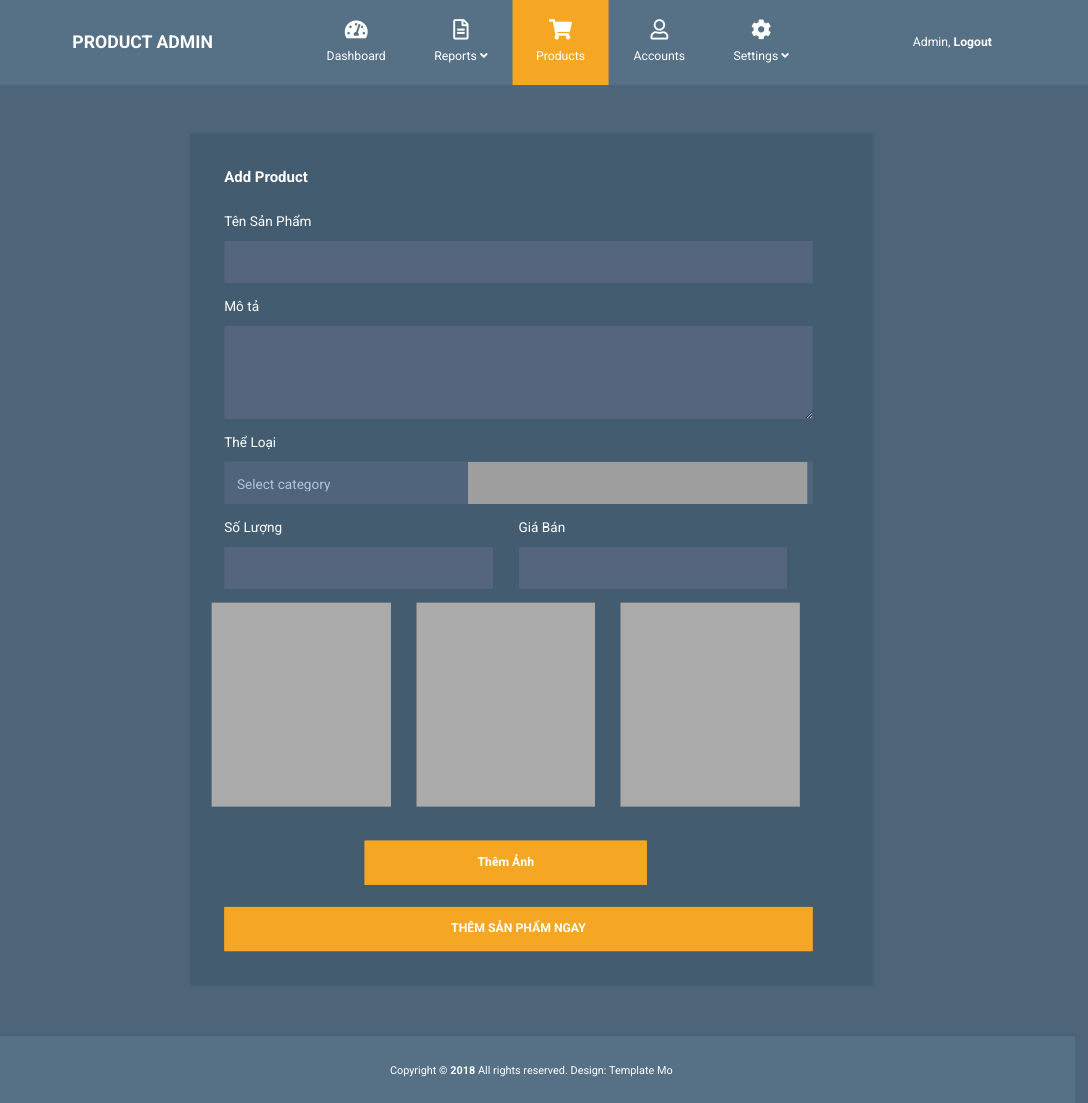
Repository: TruongNguyen0512/Bookhabor-ecommere-web
Page: http://localhost/bookHabor/add-product.jsp
These files come from the project's save history. The page is drawn as it stood at one moment and after the next save; the edit follows.
The browser window is 1280 px wide. The pictures show the whole page, at 85% of full size.
Pictures or frames that could not be fetched are drawn as grey boxes. The page is served by Tomcat 9. Other server files are loaded and not shown.

Above is the page before, as saved 2023-12-09 19:59:22.

### bookHabor/src/main/webapp/add-product.jsp
<%@ page language="java" contentType="text/html; charset=UTF-8"
	pageEncoding="UTF-8"%>
<!DOCTYPE html>
<html lang="en">
<head>
<meta charset="UTF-8" />
<meta name="viewport" content="width=device-width, initial-scale=1.0" />
<meta http-equiv="X-UA-Compatible" content="ie=edge" />
<title>Add Product - Dashboard HTML Template</title>
<link rel="stylesheet"
	href="https://fonts.googleapis.com/css?family=Roboto:400,700" />
<!-- https://fonts.google.com/specimen/Roboto -->
<link rel="stylesheet" href="css/fontawesome.min.css" />
<!-- https://fontawesome.com/ -->
<link rel="stylesheet" href="jquery-ui-datepicker/jquery-ui.min.css"
	type="text/css" />
<!-- http://api.jqueryui.com/datepicker/ -->
<link rel="stylesheet" href="css/bootstrap.min.css" />
<!-- https://getbootstrap.com/ -->
<link rel="stylesheet" href="css/templatemo-style.css">

<!--
	Product Admin CSS Template
	https://templatemo.com/tm-524-product-admin
	-->
	<style>

	   .row {
    width: 100%;
    display: -ms-flexbox;
    display: flex;
    -ms-flex-wrap: wrap;
    flex-wrap: wrap;
    margin-right: -15px;
    margin-left: -15px;
  }
       .tm-block-title {
    font-size: 1.1rem;
    font-weight: 700;
    color: #fff;

   }
	</style>
</head>

<body>
     <%
		String baoLoi = request.getAttribute("baoLoi")+"";
		baoLoi = (baoLoi.equals("null"))?"":baoLoi;

	%>
	<nav class="navbar navbar-expand-xl">
		<div class="container h-100">
			<a class="navbar-brand" href="index.html">
				<h1 class="tm-site-title mb-0">Product Admin</h1>
			</a>
			<button class="navbar-toggler ml-auto mr-0" type="button"
				data-toggle="collapse" data-target="#navbarSupportedContent"
				aria-controls="navbarSupportedContent" aria-expanded="false"
				aria-label="Toggle navigation">
				<i class="fas fa-bars tm-nav-icon"></i>
			</button>

			<div class="collapse navbar-collapse" id="navbarSupportedContent">
				<ul class="navbar-nav mx-auto h-100">
					<li class="nav-item"><a class="nav-link" href="index.html">
							<i class="fas fa-tachometer-alt"></i> Dashboard <span
							class="sr-only">(current)</span>
					</a></li>
					<li class="nav-item dropdown"><a
						class="nav-link dropdown-toggle" href="#" id="navbarDropdown"
						role="button" data-toggle="dropdown" aria-haspopup="true"
						aria-expanded="false"> <i class="far fa-file-alt"></i> <span>
								Reports <i class="fas fa-angle-down"></i>
						</span>
					</a>
						<div class="dropdown-menu" aria-labelledby="navbarDropdown">
							<a class="dropdown-item" href="#">Daily Report</a> <a
								class="dropdown-item" href="#">Weekly Report</a> <a
								class="dropdown-item" href="#">Yearly Report</a>
						</div></li>
					<li class="nav-item"><a class="nav-link active"
						href="products.html"> <i class="fas fa-shopping-cart"></i>
							Products
					</a></li>

					<li class="nav-item"><a class="nav-link" href="accounts.html">
							<i class="far fa-user"></i> Accounts
					</a></li>
					<li class="nav-item dropdown"><a
						class="nav-link dropdown-toggle" href="#" id="navbarDropdown"
						role="button" data-toggle="dropdown" aria-haspopup="true"
						aria-expanded="false"> <i class="fas fa-cog"></i> <span>
								Settings <i class="fas fa-angle-down"></i>
						</span>
					</a>
						<div class="dropdown-menu" aria-labelledby="navbarDropdown">
							<a class="dropdown-item" href="#">Profile</a> <a
								class="dropdown-item" href="#">Billing</a> <a
								class="dropdown-item" href="#">Customize</a>
						</div></li>
				</ul>
				<ul class="navbar-nav">
					<li class="nav-item"><a class="nav-link d-block"
						href="login.html"> Admin, <b>Logout</b>
					</a></li>
				</ul>
			</div>
		</div>
	</nav>
	<div class="container tm-mt-big tm-mb-big">
		<div class="row">
			<div class="col-xl-9 col-lg-10 col-md-12 col-sm-12 mx-auto">
				<div class="tm-bg-primary-dark tm-block tm-block-h-auto">
					<div class="row">
						<div class="col-12">
							<h2 class="tm-block-title d-inline-block">Add Product</h2>
							<div class="red" id="baoLoi">
			                       <%=baoLoi %>
		                    </div>
						</div>
					</div>
					<div class="row tm-edit-product-row">
						<div class="col-md-12">
							<form action="San-Pham" class="tm-edit-product-form" method="post" enctype="multipart/form-data">
								<input type="hidden" name="act" value="them-san-pham"/>
								<div class="form-group mb-3">
									<label for="name">Tên Sản Phẩm </label> <input id="tenSanPham"
										name="tenSanPham" type="text" class="form-control validate"
										required />
								</div>
								<div class="form-group mb-3">
									<label for="description">Mô tả</label>
									<textarea class="form-control validate" rows="3" name="moTa"
										required></textarea>
								</div>
								<div class="form-group mb-3">
									<label for="category">Thể Loại</label> <select
										class="custom-select tm-select-accounts" id="category"
										name="category">
										<option selected>Select category</option>
										<option value="khoaHoc">Khoa Học</option>
										<option value="vanHoc">Văn Học</option>
										<option value="doiSong">Đời Sống</option>
									</select>
								</div>
								<div class="row">
									<div class="form-group mb-3 col-xs-12 col-sm-6">
										<label for="expire_date">Số Lượng</label> <input id=""
											name="soLuong" type="text" class="form-control validate"
											data-large-mode="true" />
									</div>
									<div class="form-group mb-3 col-xs-12 col-sm-6">
										<label for="stock">Giá Bán</label> <input id="stock"
											name="giaBan" type="text" class="form-control validate"
											required />
									</div>
								</div>
						</div>
						<div class="row">
							<div class="col-xl-4 col-lg-4 col-md-4 mx-auto mb-4">
								<div class="tm-product-img-dummy mx-auto">
									<img id="uploadedImage1" src="" alt="Uploaded Image 1"
										style="display: none; max-width: 100%; height: auto;">
								</div>
								<input id="fileInput1" name="fileInput1" type="file"
									style="display: none;" onchange="previewImage(event, 1)">
							</div>
							<div class="col-xl-4 col-lg-4 col-md-4 mx-auto mb-4">
								<div class="tm-product-img-dummy mx-auto">
									<img id="uploadedImage2" src="" alt="Uploaded Image 2"
										style="display: none; max-width: 100%; height: auto;">
								</div>
								<input id="fileInput2" name="fileInput2" type="file"
									style="display: none;" onchange="previewImage(event, 2)">
							</div>
							<div class="col-xl-4 col-lg-4 col-md-4 mx-auto mb-4">
								<div class="tm-product-img-dummy mx-auto">
									<img id="uploadedImage3" src="" alt="Uploaded Image 3"
										style="display: none; max-width: 100%; height: auto;">
								</div>
								<input id="fileInput3" name="fileInput3" type="file"
									style="display: none;" onchange="previewImage(event, 3)">
							</div>
						</div>
						<div class="row">
							<div class="col-xl-6 col-lg-6 col-md-12 mx-auto mb-4">
								<div class="custom-file mt-3 mb-3">
									<input type="button" class="btn btn-primary btn-block mx-auto"
										value="Thêm Ảnh" onclick="openFileInput()">
								</div>
							</div>
						</div>
						<div class="col-12">
							<button type="submit"
								class="btn btn-primary btn-block text-uppercase"
								value="themSanPham">Thêm Sản Phẩm Ngay</button>
						</div>
						</form>
					</div>
				</div>
			</div>
		</div>
	</div>
	<footer class="tm-footer row tm-mt-small">
		<div class="col-12 font-weight-light">
			<p class="text-center text-white mb-0 px-4 small">
				Copyright &copy; <b>2018</b> All rights reserved. Design: <a
					rel="nofollow noopener" href="https://templatemo.com"
					class="tm-footer-link">Template Mo</a>
			</p>
		</div>
	</footer>

	<script src="js/jquery-3.3.1.min.js"></script>
	<!-- https://jquery.com/download/ -->
	<script src="jquery-ui-datepicker/jquery-ui.min.js"></script>
	<!-- https://jqueryui.com/download/ -->
	<script src="js/bootstrap.min.js"></script>
	<!-- https://getbootstrap.com/ -->
	<script>
		$(function() {
			$("#expire_date").datepicker();
		});
	</script>

	<script>
		let currentImageNumber = 1;

		function openFileInput() {
			if (currentImageNumber <= 3) {
				document.getElementById('fileInput' + currentImageNumber)
						.click();
				currentImageNumber++;
			}
		}

		function previewImage(event, imageNumber) {
			const input = event.target;
			if (input.files && input.files[0]) {
				const reader = new FileReader();

				reader.onload = function(e) {
					const imageId = 'uploadedImage' + imageNumber;
					const image = document.getElementById(imageId);
					image.src = e.target.result;
					image.style.display = 'block';
				};

				reader.readAsDataURL(input.files[0]);
			}
		}
	</script>
</body>
</html>

### bookHabor/src/main/webapp/css/templatemo-style.css
@charset "ISO-8859-1";
/*

Product Admin CSS Template

https://templatemo.com/tm-524-product-admin

*/

html {
  font-size: 16px;
  overflow-x: hidden;
}
body {
  font-family: Roboto, Helvetica, Arial, sans-serif;
  background-color: #4e657a;
  overflow-x: hidden;
}
a {
  transition: all 0.3s ease;
}
a:focus,
a:hover {
  text-decoration: none;
}
button:focus {
  outline: 0;
}
.navbar-brand {
  display: flex;
  align-items: center;
}
.tm-site-icon {
  color: #656565;
}
.tm-site-title {
  display: inline-block;
  text-transform: uppercase;
  font-size: 1.3rem;
  font-weight: 700;
  color: #fff;
}
.navbar {
  height: 100px;
  background-color: #567086;
  padding: 0;
}
.navbar .container {
  position: relative;
}
.tm-logout-icon {
  font-size: 1.5em;
}
.tm-mt-big {
  margin-top: 57px;
}
.tm-mb-big {
  margin-bottom: 60px;
}
.tm-mt-small {
  margin-top: 20px;
}
.tm-block-col {
  margin-bottom: 30px;
}
.tm-block {
  padding: 40px;
  -webkit-box-shadow: 1px 1px 5px 0 #455c71;
  -moz-box-shadow: 1px 1px 5px 0 #455c71;
  box-shadow: 1px 1px 5px 0 #455c71;
  min-height: 350px;
  height: 100%;
  max-height: 450px;
}
.tm-block-avatar,
.tm-block-settings {
  max-height: none;
}
.tm-block-avatar {
  height: auto;
}
.tm-block-h-auto {
  min-height: 1px;
  max-height: none;
  height: auto;
}
.tm-block-scroll {
  overflow-y: scroll;
}
.tm-block-overflow {
  overflow: hidden;
}
.tm-block-title {
  font-size: 1.1rem;
  font-weight: 700;
  color: #fff;
  margin-bottom: 30px;
}
.nav-link {
  color: #fff;
  height: 100%;
  display: flex;
  align-items: center;
  justify-content: center;
  flex-direction: column;
  font-size: 90%;
}
.nav-link > i {
  margin-bottom: 10px;
  margin-right: 0;
  font-size: 1.5rem;
}
.dropdown-item,
.nav-link {
  padding: 15px 20px;
}
.dropdown-menu {
  font-size: 90%;
  color: #fff;
  background-color: #567086;
  border-radius: 0;
  padding-top: 10px;
  padding-bottom: 10px;
  min-width: auto;
}
.dropdown-item {
  color: #fff;
  padding: 15px 30px;
}
.navbar-nav .active > .nav-link,
.navbar-nav .nav-link.active {
  background-color: #f5a623;
  color: #fff;
}
.navbar-nav .nav-link.active i {
  color: #fff;
}
.dropdown-item:focus,
.dropdown-item:hover {
  background-color: #567086;
}
.navbar-nav a:hover,
.navbar-nav a:hover i {
  color: #f5a623;
}
.nav-item {
  text-align: center;
}
.nav-item:last-child {
  margin-right: 0;
}
.dropdown-toggle::after {
  display: none;
}
.dropdown-menu {
  margin-top: 0;
  border: 0;
}
.tm-content-row {
  justify-content: space-between;
  margin-left: -20px;
  margin-right: -20px;
}
.tm-col {
  padding-left: 20px;
  padding-right: 20px;
  margin-bottom: 50px;
}
.tm-col-big {
  width: 39%;
}
.tm-col-small {
  width: 21.95%;
}
.tm-gray-circle {
  width: 80px;
  height: 80px;
  background-color: #aaa;
  border-radius: 50%;
  margin-right: 15px;
}
.tm-notification-items {
  overflow-y: scroll;
  height: 90%;
}
.tm-notification-item {
  padding: 15px;
  background-color: #4e657a;
  color: #fff;
  font-size: 95%;
  margin-bottom: 15px;
}
.tm-notification-item:last-child {
  margin-bottom: 0;
}
.tm-notification-link {
  color: #f5a623;
}
.tm-text-color-secondary {
  color: #bdcbd8;
}
.tm-small {
  font-size: 90%;
}
.table {
  background-color: #50697f;
  color: #fff;
  font-size: 85%;
  margin-bottom: 0;
}
thead {
  background-color: #486177;
  color: #fff;
}
.table thead th {
  border-bottom: 0;
}
.tm-status-circle {
  display: inline-block;
  margin-right: 5px;
  vertical-align: middle;
  width: 5px;
  height: 5px;
  border-radius: 50%;
  margin-top: -3px;
}
.moving {
  background-color: #9be64d;
  box-shadow: 0 0 8px #9be64d, inset 0 0 8px #9be64d;
}
.pending {
  background-color: #efc54b;
  box-shadow: 0 0 8px #efc54b, inset 0 0 8px #efc54b;
}
.cancelled {
  background-color: #da534f;
  box-shadow: 0 0 8px #da534f, inset 0 0 8px #da534f;
}
.tm-avatar {
  width: 345px;
}
.tm-avatar-container {
  position: relative;
  cursor: pointer;
  display: flex;
  align-items: center;
  flex-direction: column;
}
.tm-avatar-delete-link {
  position: absolute;
  left: 50%;
  top: 50%;
  margin-left: -25px;
  margin-top: -25px;
  z-index: 1000;
  padding: 14px;
  border-radius: 50%;
  background-color: rgba(57, 78, 100, 0.7);
  display: inline-block;
  width: 50px;
  height: 50px;
  text-align: center;
  display: none;
  transition: all 0.2s ease;
}
.tm-avatar-container:hover .tm-avatar-delete-link {
  display: block;
}
.tm-col-avatar {
  max-width: 425px;
  width: 37%;
  padding-left: 15px;
  padding-right: 15px;
}
.tm-col-account-settings {
  max-width: 822px;
  width: 63%;
  padding-left: 15px;
  padding-right: 15px;
}
.form-control {
  background-color: #54657d;
  color: #fff;
  border: 0;
}
.form-control:focus {
  background-color: #60738e;
  color: #fff;
  border-color: transparent;
  box-shadow: 0 0 0 0.1rem rgb(180, 206, 233, 0.5);
}
.form-group label {
  color: #fff;
  margin-bottom: 10px;
}
.tm-hide-sm {
  display: block;
}
.tm-list-group {
  counter-reset: myOrderedListItemsCounter;
  padding-left: 0;
}
.tm-list-group > li {
  list-style-type: none;
  position: relative;
  cursor: pointer;
  transition: all 0.3s ease;
  padding: 8px;
}
.tm-list-group > li:hover {
  color: #0266c4;
}
.tm-list-group > li:before {
  counter-increment: myOrderedListItemsCounter;
  content: counter(myOrderedListItemsCounter) ".";
  margin-right: 0.5em;
}
.tm-list {
  padding-left: 30px;
}
.tm-list > li {
  margin-bottom: 20px;
}
.form-control {
  padding: 19px 18px;
  border-radius: 0;
  height: 50px;
}
.form-group {
  margin-bottom: 15px;
}
.btn {
  border-radius: 0;
  padding: 13px 28px;
  transition: all 0.2s ease;
  max-width: 100%;
}
.btn-small {
  padding: 10px 24px;
}
.btn-primary {
  color: #fff;
  background-color: #f5a623;
  border: 2px solid #f5a623;
  font-size: 90%;
  font-weight: 600;
}
.btn-primary:active,
.btn-primary:hover {
  color: #f5a623;
  background-color: transparent;
  border: 2px solid #f5a623;
}
.custom-file-input {
  cursor: pointer;
}
.custom-file-label {
  border-radius: 0;
}
.table td,
.table th {
  border-top: 1px solid #415a70;
  padding: 15px 25px;
  vertical-align: middle;
}
.tm-table-small td,
.tm-table-small th {
  padding-left: 12px;
  padding-right: 12px;
}
.table-hover tbody tr {
  transition: all 0.2s ease;
}
.table-hover tbody tr:hover {
  color: #a0c0de;
}
.tm-bg-primary-dark {
  background-color: #435c70;
}
.tm-bg-gray {
  background-color: rgba(0, 0, 0, 0.05);
}
.tm-table-mt {
  margin-top: 66px;
}
.page-item:first-child .page-link {
  border-top-left-radius: 0;
  border-bottom-left-radius: 0;
}
.page-item:last-child .page-link {
  border-top-right-radius: 0;
  border-bottom-right-radius: 0;
}
.page-link {
  padding: 12px 18px;
}
.page-link,
.page-link:hover {
  color: #000;
}
.page-item {
  margin-right: 18px;
}
.page-item:last-child {
  margin-right: 0;
}
.page-item.active .page-link {
  background-color: #e9ecef;
  border-color: #dee2e6;
  color: #000;
}
input[type="checkbox"] {
  cursor: pointer;
  -webkit-appearance: none;
  appearance: none;
  background-color: #394e64;
  background-position: center;
  border-radius: 50%;
  box-sizing: border-box;
  position: relative;
  box-sizing: content-box;
  width: 24px;
  height: 24px;
  transition: all 0.1s linear;
}
input[type="checkbox"]:checked {
  background: url(../img/check-mark.png) #394e64 center no-repeat;
}
input[type="checkbox"]:focus {
  outline: 0 none;
  box-shadow: none;
}
.tm-block-products {
  min-height: 725px;
}
.tm-block-product-categories {
  min-height: 650px;
}
.tm-product-table-container {
  max-height: 465px;
  margin-bottom: 15px;
  overflow-y: scroll;
}
.tm-product-table tr {
  font-weight: 600;
}
.tm-product-name {
  font-size: 0.95rem;
  font-weight: 600;
}
.tm-product-delete-icon {
  font-size: 1.1rem;
  color: #fff;
}
.tm-product-delete-link {
  padding: 10px;
  border-radius: 50%;
  background-color: #394e64;
  display: inline-block;
  width: 40px;
  height: 40px;
  text-align: center;
}
.tm-product-delete-link:hover .tm-product-delete-icon {
  color: #6d8ca6;
}
.custom-select {
  width: 100%;
  border: none;
  color: #acc6de;
  height: 50px;
  -webkit-appearance: none;
  -moz-appearance: none;
  -ms-appearance: none;
  -o-appearance: none;
  appearance: none;
  -webkit-border-radius: 0;
  -moz-border-radius: 0;
  -ms-border-radius: 0;
  -o-border-radius: 0;
  border-radius: 0;
  padding: 15px;
  background: url(../img/arrow-down.png) 98% no-repeat #50657b;
}
.custom-select:focus {
  outline: 0;
}
.tm-trash-icon {
  color: #6e6c6c;
  cursor: pointer;
}
.tm-trash-icon:hover {
  color: #9f1321;
}
.tm-footer {
  background-color: #567086;
  padding-top: 30px;
  padding-bottom: 30px;
  -webkit-box-shadow: 0 -3px 5px 0 rgba(69, 92, 113, 0.59);
  -moz-box-shadow: 0 -3px 5px 0 rgba(69, 92, 113, 0.59);
  box-shadow: 0 -3px 5px 0 rgba(69, 92, 113, 0.59);
}
.custom-select {
  height: 50px;
  border-radius: 0;
}
.tm-product-img-dummy {
  max-width: 100%;
  height: 240px;
  display: flex;
  align-items: center;
  justify-content: center;
  color: #fff;
  background: #aaa;
}
.tm-product-img-edit {
  max-width: 100%;
  position: relative;
}
.tm-product-img-edit i {
  display: none;
  position: absolute;
}
.tm-product-img-edit:hover i {
  display: block;
}
.tm-upload-icon {
  background: #455c71;
  width: 55px;
  height: 55px;
  border-radius: 50%;
  text-align: center;
  padding-top: 15px;
  font-size: 22px;
}
.tm-login-col {
  max-width: 470px;
}
.navbar-toggler {
  border-color: #708da8;
  box-shadow: rgba(255, 255, 255, 0.1) 0 1px 1px 2px;
  border-radius: 0;
  padding: 10px 15px;
  transition: all 0.2s ease;
}
.navbar-toggler:hover {
  border-color: #f5a623;
  color: #f5a623;
}
.tm-nav-icon {
  color: #fff;
}
.navbar-toggler:hover .tm-nav-icon {
  color: #f5a623;
}
::-webkit-scrollbar {
  width: 8px;
  height: 8px;
}
::-webkit-scrollbar-track {
  background: #394f62;
}
::-webkit-scrollbar-thumb {
  background: #6d8da6;
}
::-webkit-scrollbar-thumb:hover {
  background: #8ab5d6;
}

.tm-footer-link {
  color: white;
}

.tm-footer-link:hover,
.tm-footer-link:focus {
  color: #aacbea;
}

@media (min-width: 1200px) {
  .navbar-expand-xl .navbar-nav .nav-link {
    padding-left: 28px;
    padding-right: 28px;
  }
  .navbar-collapse {
    height: 100%;
  }
}
@media (min-width: 992px) {
  .navbar-expand-lg .navbar-nav .nav-link {
    padding: 15px 20px;
  }
}
@media (max-width: 1275px) and (min-width: 1200px) {
  .nav-item {
    margin-right: 15px;
  }
}
@media (max-width: 1350px) {
  .nav-item {
    margin-right: 1px;
  }
}
@media (max-width: 1199px) {
  .tm-col-big,
  .tm-col-small {
    width: 49.65%;
  }
  .navbar-collapse {
    padding: 0;
    box-shadow: rgba(255, 255, 255, 0.1) 0 1px 1px 1px;
    position: absolute;
    top: 72px;
    right: 20px;
    width: 200px;
    z-index: 1000;
  }
  .dropdown-menu {
    text-align: center;
  }
  .nav-link {
    color: #fff;
    background-color: #567086;
    padding: 15px;
    flex-direction: row;
  }
  .nav-link > i {
    font-size: 1rem;
    margin-right: 10px;
    margin-bottom: 0;
  }
  .nav-item {
    margin-right: 0;
  }
  .tm-block-taller {
    max-height: 520px;
  }
}
@media (max-width: 1199.98px) {
  .navbar-expand-xl > .container,
  .navbar-expand-xl > .container-fluid {
    padding-left: 15px;
    padding-right: 15px;
  }
  .navbar-collapse {
    right: 15px;
  }
}
@media (max-width: 991px) {
  .tm-col-big,
  .tm-col-small {
    width: 100%;
    min-height: 383px;
    height: auto;
  }
  .tm-block {
    padding: 30px;
  }
}
@media (max-width: 767px) {
  .tm-col-account-settings,
  .tm-col-avatar {
    width: 100%;
    max-width: 100%;
  }
  .tm-block-avatar {
    display: flex;
    flex-direction: column;
  }
  .tm-avatar {
    align-self: center;
  }
  .tm-hide-sm {
    display: none;
  }
}
@media (max-width: 633px) {
  .page-item {
    margin-top: 10px;
  }
  .custom-select {
    background-position: 96%;
  }
}
@media (max-width: 574px) {
  .navbar-collapse {
    top: 47px;
  }
  .navbar {
    height: 50px;
  }
  .tm-site-title {
    font-size: 1.4rem;
    margin-left: 7px;
  }
  .tm-site-icon {
    font-size: 2em;
  }
}
@media (max-width: 480px) {
  .tm-mt-big {
    margin-top: 45px;
  }
  .tm-mb-big {
    margin-bottom: 45px;
  }
  #barChart,
  #lineChart {
    max-height: 350px;
  }
}

Loaded but not shown: bookHabor/src/main/webapp/css/fontawesome.min.css (library); bookHabor/src/main/webapp/jquery-ui-datepicker/jquery-ui.min.css (library); bookHabor/src/main/webapp/css/bootstrap.min.css (library); bookHabor/src/main/webapp/js/jquery-3.3.1.min.js (library); bookHabor/src/main/webapp/jquery-ui-datepicker/jquery-ui.min.js (library); bookHabor/src/main/webapp/js/bootstrap.min.js (library)

After the next save:
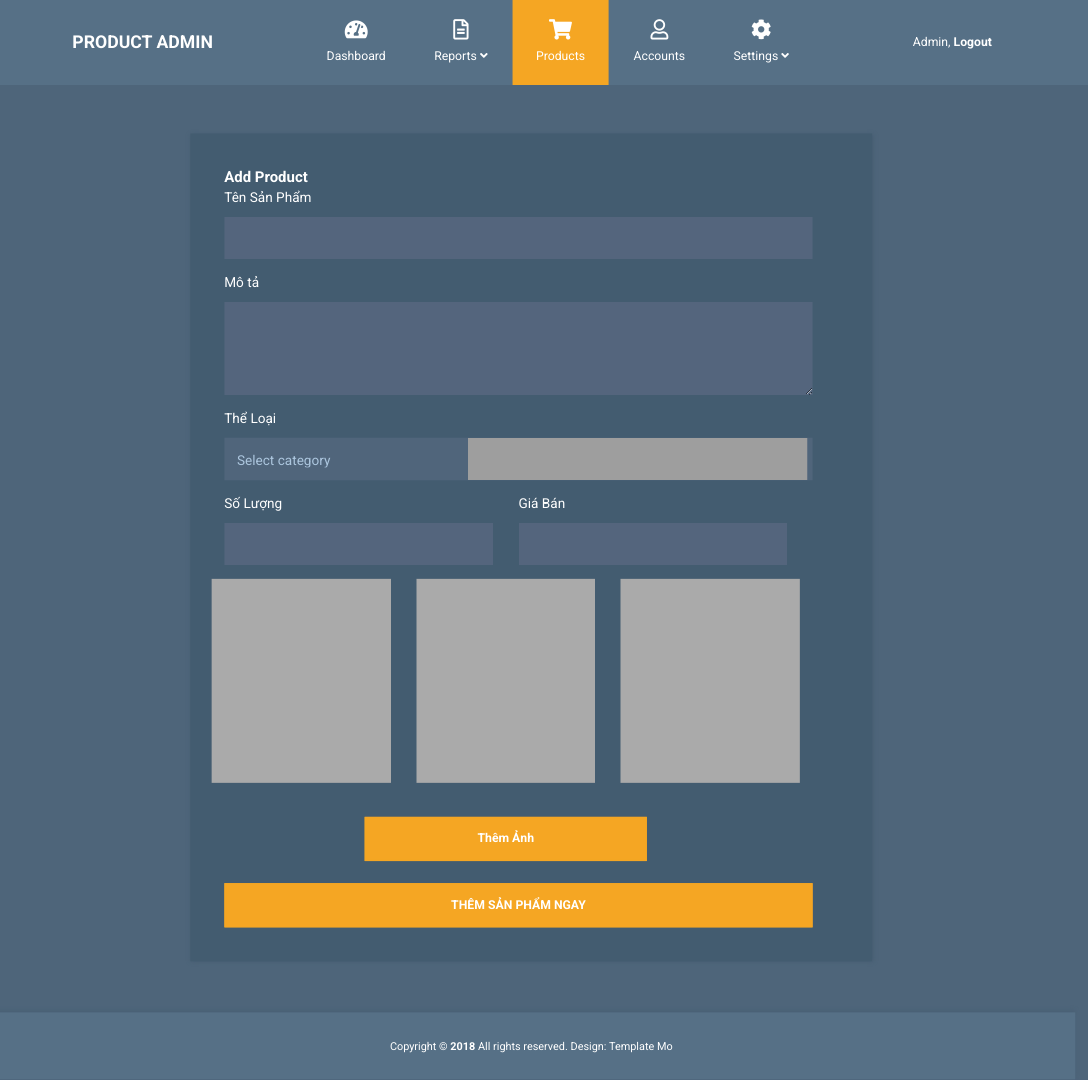
Saved 37 s later.
--- a/bookHabor/src/main/webapp/add-product.jsp
+++ b/bookHabor/src/main/webapp/add-product.jsp
@@ -35,9 +35,7 @@
     margin-left: -15px;
   }
        .tm-block-title {
-    font-size: 1.1rem;
-    font-weight: 700;
-    color: #fff;
+    margin-bottom: 0;
 
    }
 	</style>
